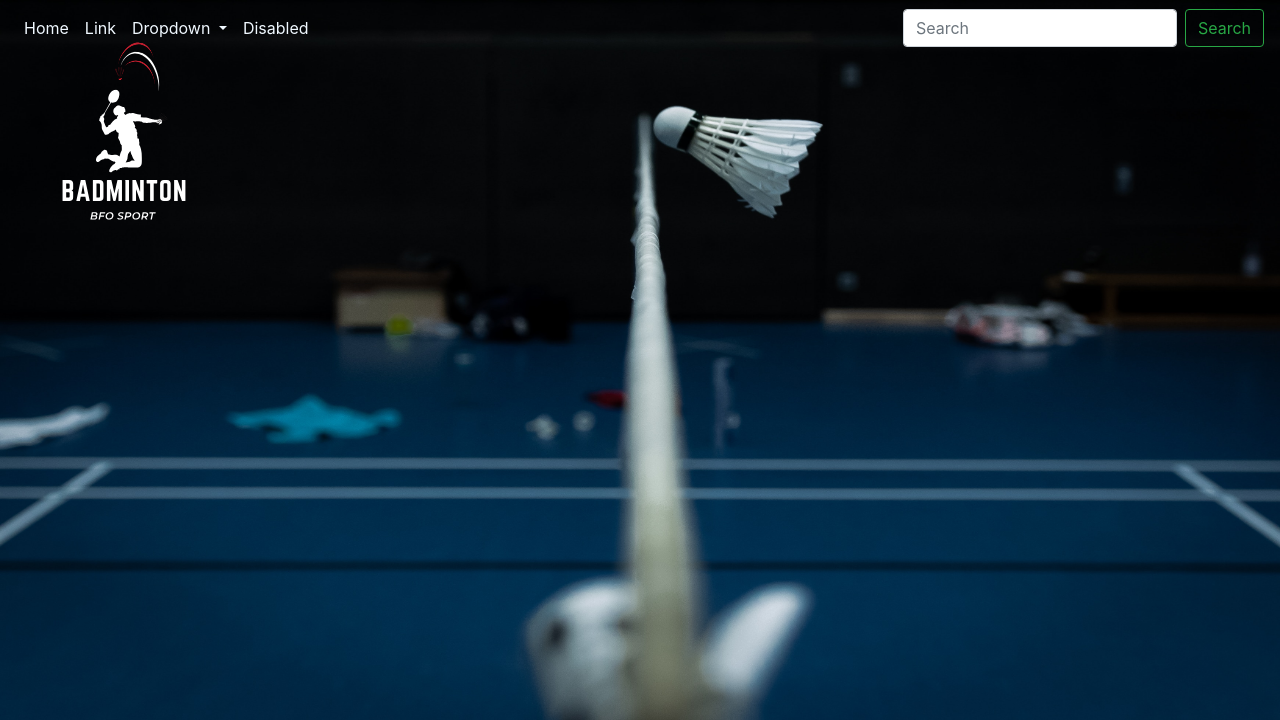
Repository: tsthuy/Badminton
Page: index.html
These files come from the project's save history. The page is drawn as it stood at one moment and after the next save; the edit follows.
The browser window is 1280 px wide. The pictures show the whole page.
Some web libraries are served in a nearby version.

Above is the page before, as saved 2023-10-13 20:34:52.

After the next save:
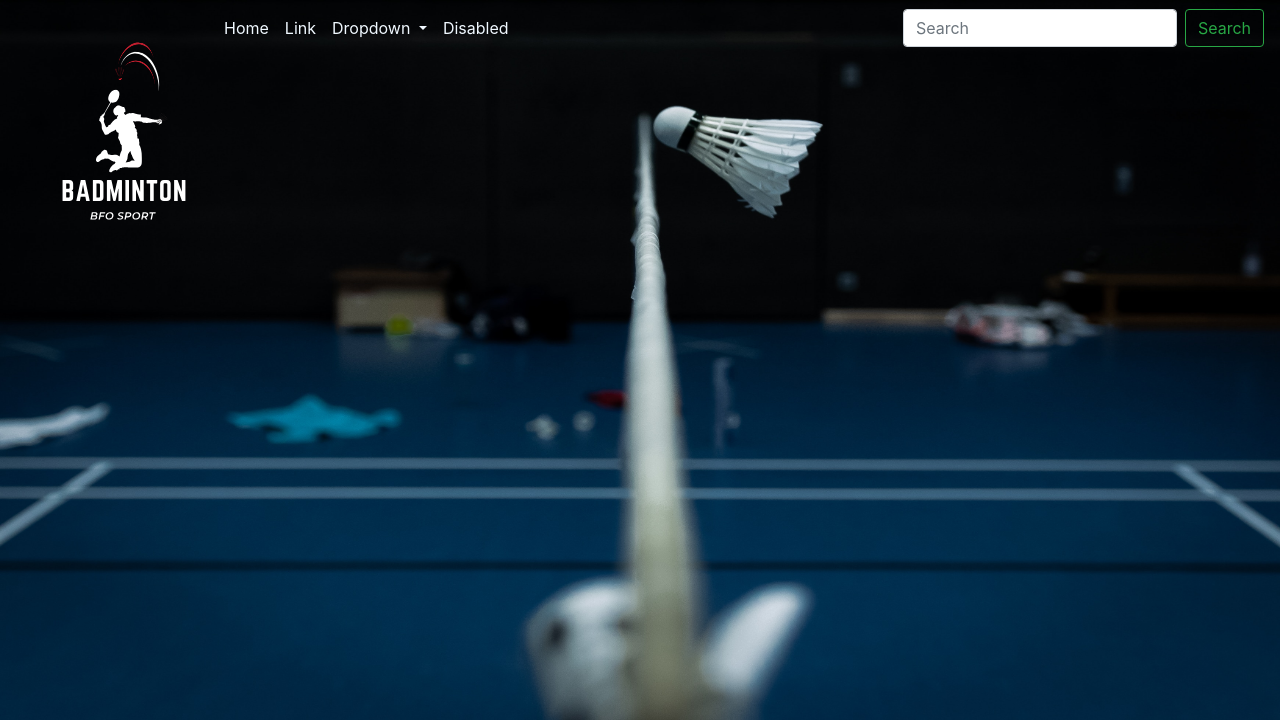
Saved 17 s later.
--- a/main.css
+++ b/main.css
@@ -11,3 +11,7 @@
     width: 100%;
     margin-top: -56px;
 }
+.nav_title
+{
+    margin-left: 200px;
+}

After the 2 saves that followed:
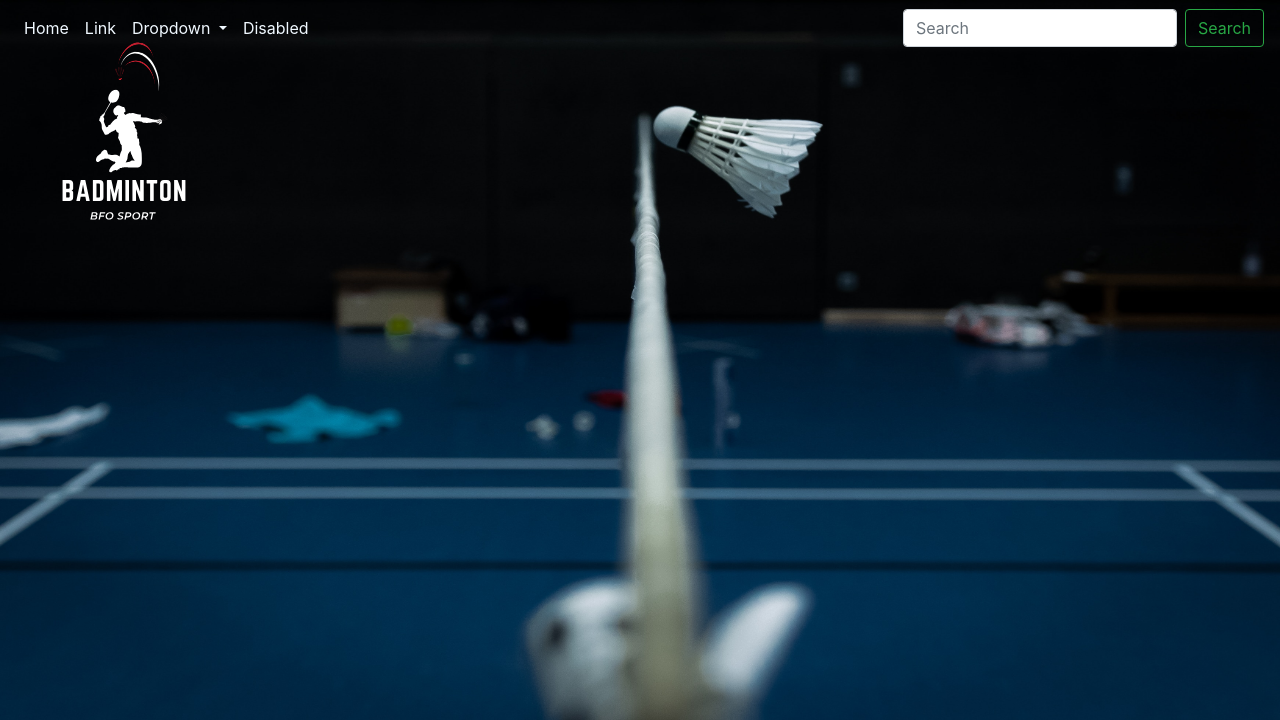
The 2 saves are shown as one change because 1 left the picture as it was.
The last was saved 66 s later.
--- a/index.html
+++ b/index.html
@@ -20,7 +20,7 @@
     <span class="navbar-toggler-icon"></span>
   </button>
 
-  <div class="collapse navbar-collapse" id="navbarSupportedContent">
+  <div class="collapse navbar-collapse nav_center" id="navbarSupportedContent">
     <ul class="navbar-nav mr-auto">
       <li class="nav-item active">
         <a style="color: aliceblue;" class="nav-link nav_title" href="#">Home <span class="sr-only">(current)</span></a>
--- a/main.css
+++ b/main.css
@@ -11,7 +11,5 @@
     width: 100%;
     margin-top: -56px;
 }
-.nav_title
-{
-    margin-left: 200px;
-}
+
+.nav
